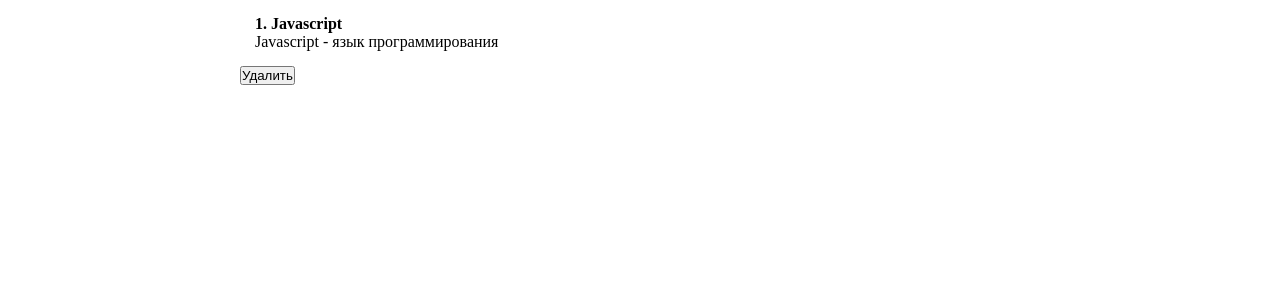
Repository: otvertka/ulb
Page: /
The author's editor kept a copy of each file at every save. The page is drawn from the files as they stood at one save, then again after the next save.
The browser window is 1280 px wide. The pictures show the whole page.
The project was rebuilt for these pictures with package versions that can differ from the ones it lists, and the page was loaded fresh each time. Also part of the build but not shown: src/components/Counter.jsx, src/components/ClassCounter.jsx.

Above is the page before, as saved 2023-06-10 11:42:37.

After the next save:
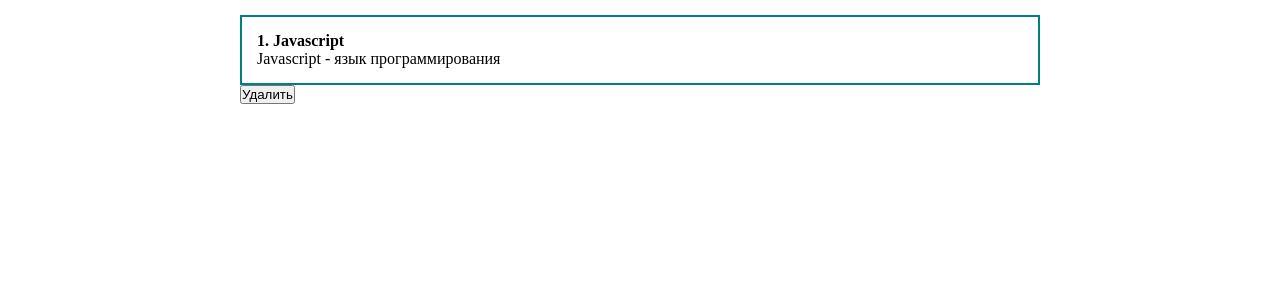
Saved 52 s later.
--- a/src/styles/App.css
+++ b/src/styles/App.css
@@ -17,4 +17,6 @@
 .post {
   display: flex;
   padding: 15px;
+  border: 2px solid teal;
+  margin-top: 15px;
 }
